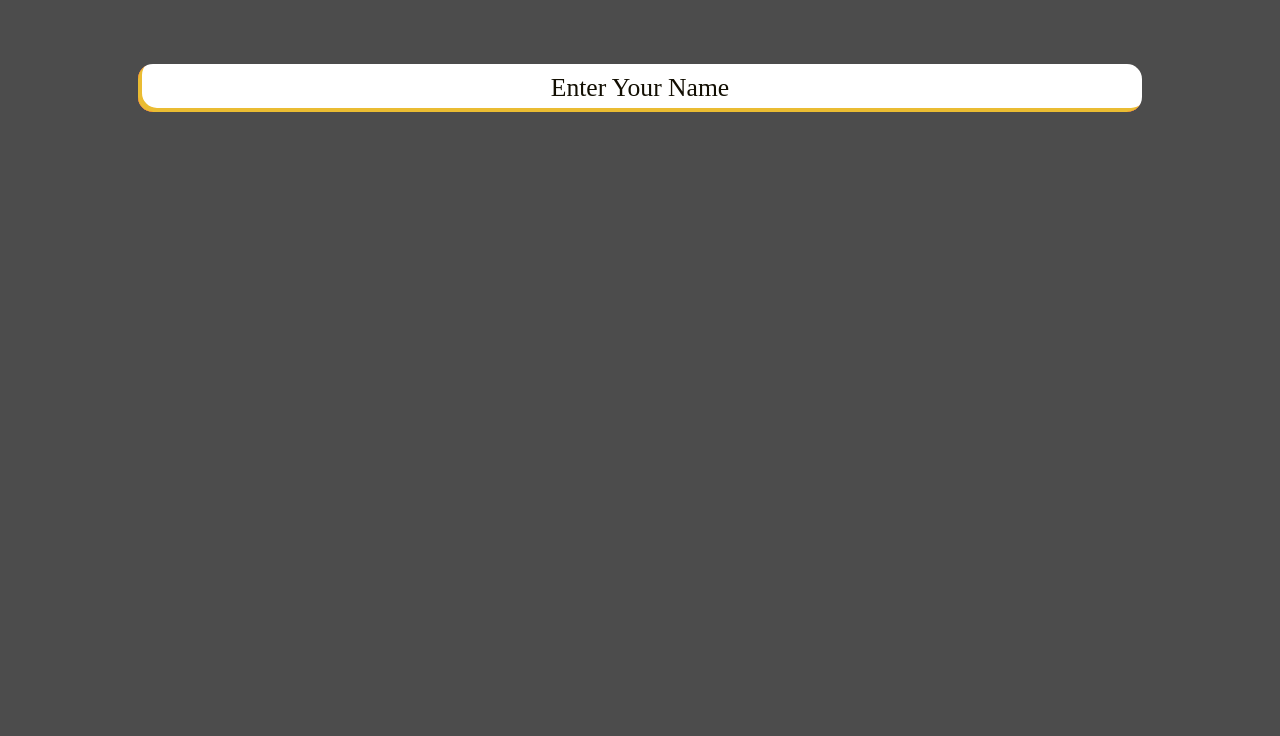
Repository: Haneef-Shaik/Greetings
Page: /
An editor plug-in stored every save of this project. The page is shown before and after the next save, followed by the edit.
The browser window is 1280 px wide. The pictures show the whole page.
The project was rebuilt for these pictures with package versions that can differ from the ones it lists, and the page was loaded fresh each time. The framework's server and built-in components were replaced by stand-ins that run in the browser. Also part of the build but not shown: next.config.js, styles/card.module.scss, components/card.js, styles/socialShare.module.scss, components/socialShare.js.

Above is the page before, as saved 2021-12-01 20:29:50.

After the next save:
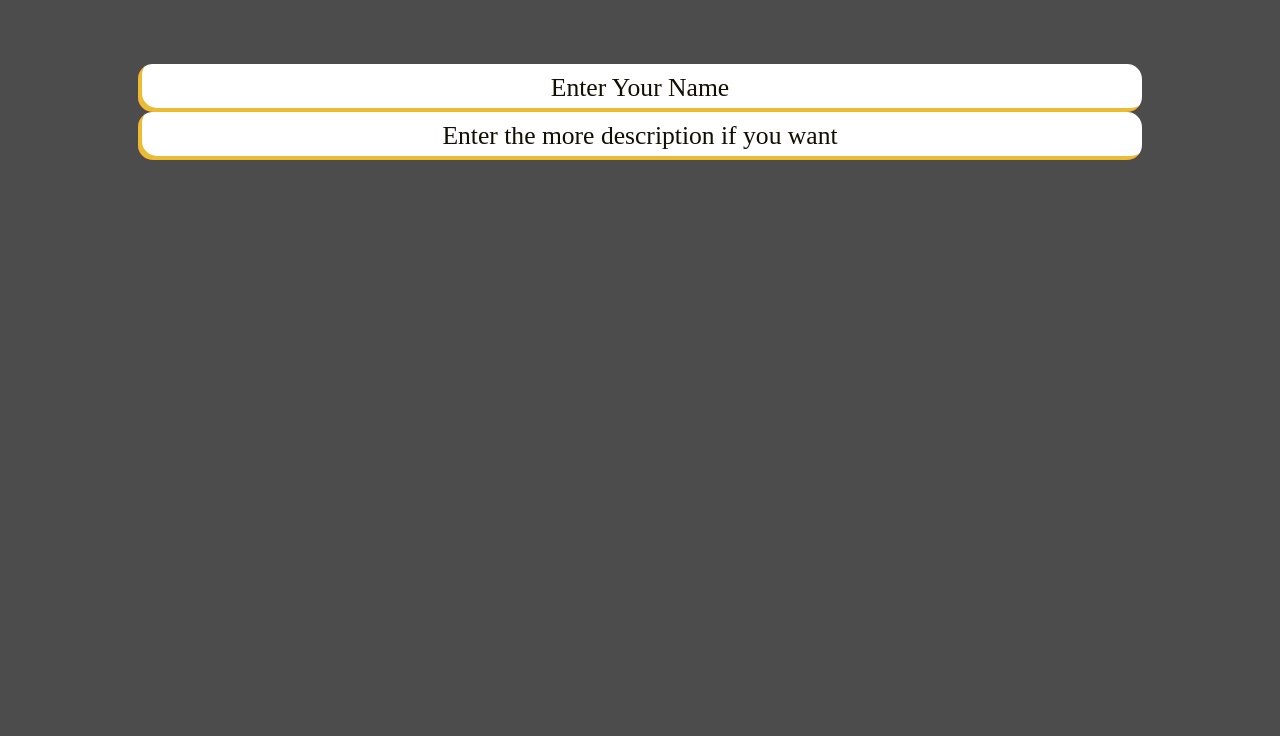
Saved 69 s later.
--- a/components/form.js
+++ b/components/form.js
@@ -15,6 +15,7 @@ function Edit() {
                         <div className={styles.formContainer} >
                             <form>
                                 <input type="text" placeholder="Enter Your Name" className="col-12" />
+                                <input type="text" placeholder="Enter the more description if you want" className="col-12" />
 
                             </form>
                         </div>
